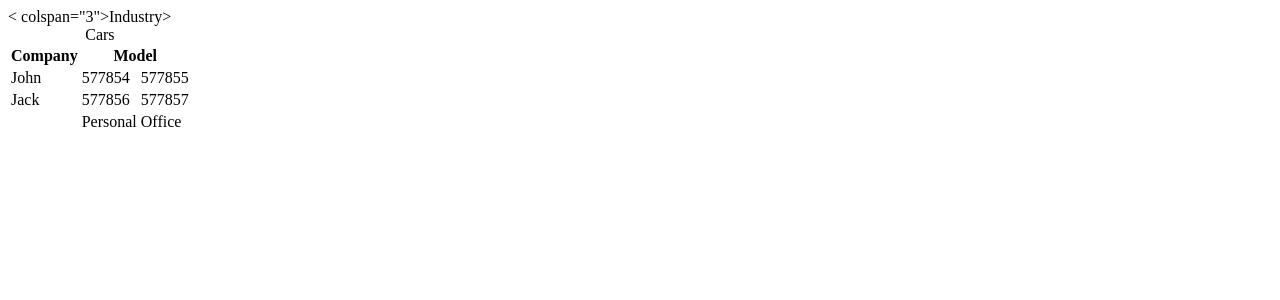
Repository: vgoins-RA2022/HTML-2
Page: index.html
These files come from the project's save history. The page is drawn as it stood at one moment and after the next save; the edit follows.
The browser window is 1280 px wide. The pictures show the whole page.

Above is the page before, as saved 2023-01-10 18:21:49.

After the next save:
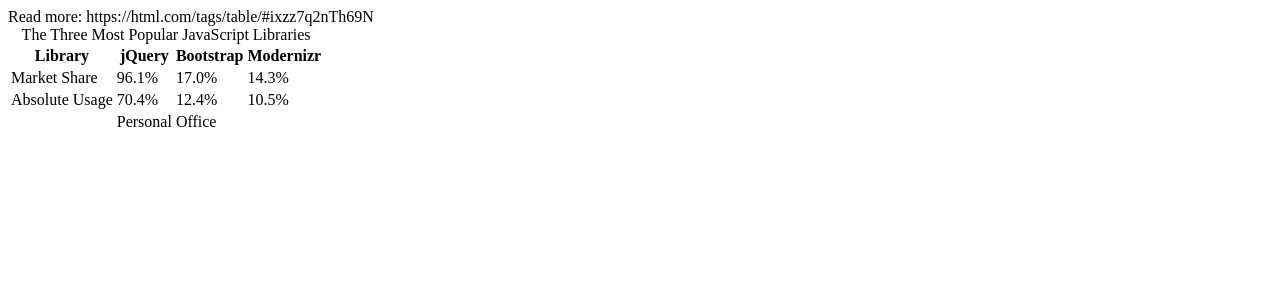
Saved 3 min 45 s later.
--- a/index.html
+++ b/index.html
@@ -12,25 +12,9 @@
     </header>
 
 <body>
-  <table><caption>Cars</caption>
-    <thead>
-    <tr>
-      <th>Company</th>
-      <th colspan="2">Model</th>
-      < colspan="3">Industry></th>
-    </tr>
-    </thead>
-    <tbody>
-    <tr>
-      <td>John</td>
-      <td>577854</td>
-      <td>577855</td>
-    </tr>
-    <tr>
-      <td>Jack</td>
-      <td>577856</td>
-      <td>577857</td>
-    </tr>
+  <table> <caption>The Three Most Popular JavaScript Libraries</caption> <thead> <tr> <th>Library</th> <th>jQuery</th> <th>Bootstrap</th> <th>Modernizr</th> </tr> </thead> <tbody> <tr> <td>Market Share</td> <td>96.1%</td> <td>17.0%</td> <td>14.3%</td> </tr> <tr> <td>Absolute Usage</td> <td>70.4%</td> <td>12.4%</td> <td>10.5%</td> </tr> </tbody>
+
+    Read more: https://html.com/tags/table/#ixzz7q2nTh69N
     </tbody>
     <tfoot>
     <tr>
